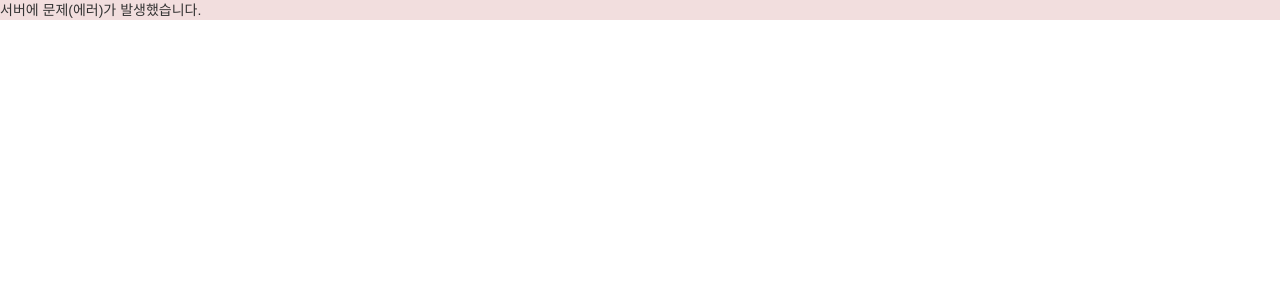
Repository: juhee1020/studying
Page: http://localhost/jsp01_basic/jsp05_error/error/error500.jsp
These files come from the project's save history. The page is drawn as it stood at one moment and after the next save; the edit follows.
The browser window is 1280 px wide. The pictures show the whole page.
The page is served by Tomcat 9. Other server files are loaded and not shown.

Above is the page before, as saved 2022-12-13 02:50:22.

### JSP/jsp01_basic/WebContent/jsp05_error/error/error500.jsp
<%@page language="java" contentType="text/html; charset=UTF-8" pageEncoding="UTF-8"%>
<%@page isErrorPage="true" %>
<!-- isErrorPage="true" 로 지정된 페이지는 exception 내장객체를 사용할 수 있다. -->
<!--
	서버에서 사용하는 상태코드

	200 : 요청이 정상적으로 처리
	404 : 요청한 페이지가 없음
	500대 : 웹서버 내부에서 에러가 있는 경우

	http응답코드는 http://goo.gl/D9th8N

-->
<!DOCTYPE html>
<html>
<head>
<meta charset="UTF-8">
<meta name="viewport" content="width=device-width, initial-scale=1, minimum-scale=1, maximum-scale=1">
<link rel="stylesheet" href="https://maxcdn.bootstrapcdn.com/bootstrap/3.4.1/css/bootstrap.min.css">
<script src="https://ajax.googleapis.com/ajax/libs/jquery/3.6.0/jquery.min.js"></script>
<script src="https://maxcdn.bootstrapcdn.com/bootstrap/3.4.1/js/bootstrap.min.js"></script>
<title>error error~</title>
</head>
<body>
	<div class="bg-danger text-white">서버에 문제(에러)가 발생했습니다.</div>
</body>
</html>

After the next save:
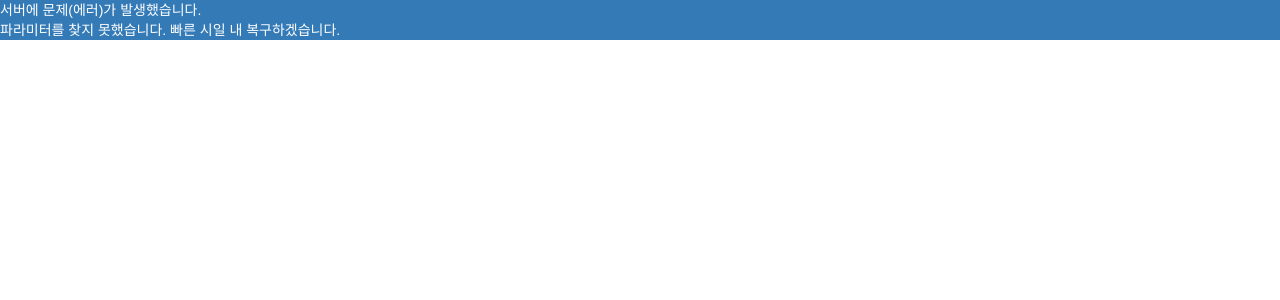
Saved 55 s later.
--- a/JSP/jsp01_basic/WebContent/jsp05_error/error/error500.jsp
+++ b/JSP/jsp01_basic/WebContent/jsp05_error/error/error500.jsp
@@ -22,6 +22,7 @@
 <title>error error~</title>
 </head>
 <body>
-	<div class="bg-danger text-white">서버에 문제(에러)가 발생했습니다.</div>
+	<div class="bg-primary text-white">서버에 문제(에러)가 발생했습니다.</div>
+	<div class="bg-primary text-white">파라미터를 찾지 못했습니다. 빠른 시일 내 복구하겠습니다.</div>
 </body>
 </html>
